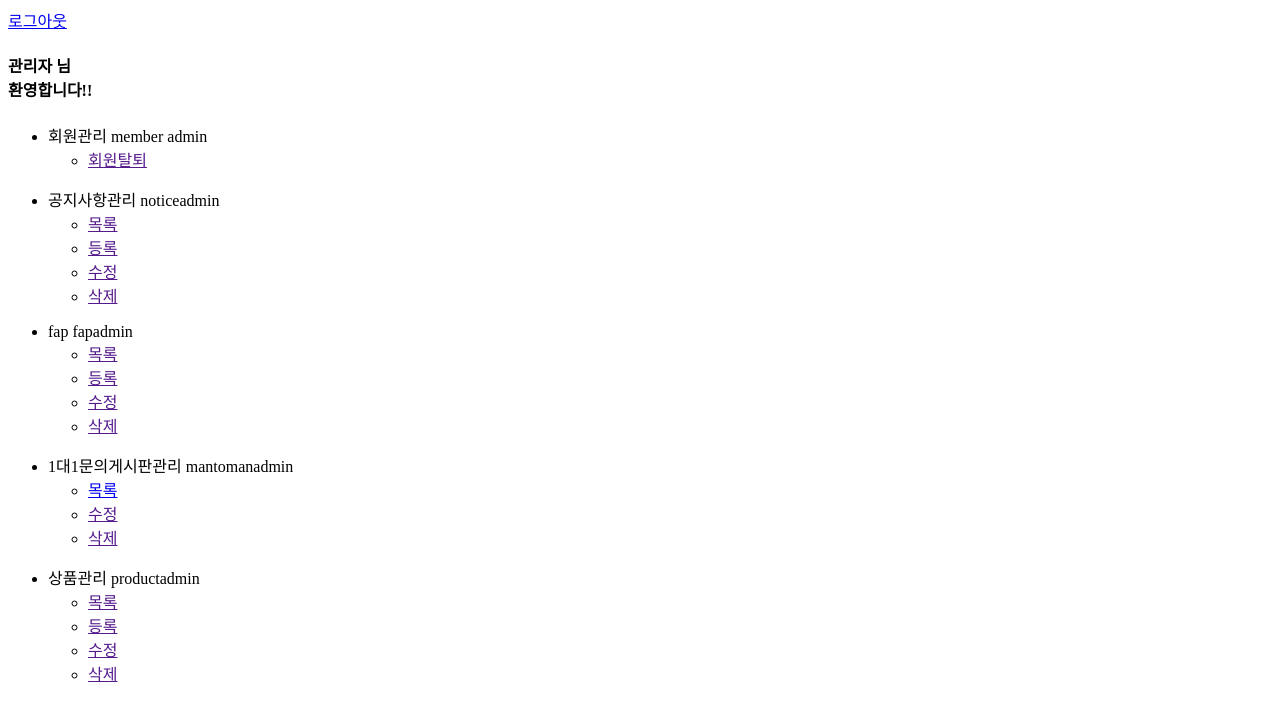
Repository: bongbongi/book1
Page: http://localhost/book/WEB-INF/views/member/memberAdmin.jsp
An editor plug-in stored every save of this project. The page is shown before and after the next save, followed by the edit.
The browser window is 1280 px wide. The pictures show the whole page.
The page is served by Tomcat 9. Nobody is signed in. Other server files are loaded and not shown. The template is opened directly, without the code that normally fills it, so the values that code supplies are empty.

Above is the page before, as saved 2023-01-12 06:35:12.

### book/src/main/webapp/WEB-INF/views/member/memberAdmin.jsp
<%@ page language="java" contentType="text/html; charset=UTF-8" pageEncoding="UTF-8" %>
   <%@ taglib uri="http://java.sun.com/jsp/jstl/core" prefix="c" %>
   <%@ taglib uri="http://java.sun.com/jsp/jstl/functions" prefix="fn"%>
      <!DOCTYPE html>
      <html>

      <head>

      </head>

      <body>
         <a href="/mem/logOut">로그아웃</a>

         <div class="main">
                  <h4>관리자 ${ses.mem_name}님<br>환영합니다!!</h4>

                  <ul>
                     <li>회원관리  member admin
                        <ul>
                           <li><a href="">회원탈퇴</a></li>
                        </ul>
                     </li>
                  </ul>

                  <ul>
                     <li>공지사항관리 noticeadmin
                        <ul>
                           <li><a href="">목록</a></li>
                           <li><a href="">등록</a></li>
                           <li><a href="">수정</a></li>
                           <li><a href="">삭제</a></li>
                        </ul>
                     </li>
                  </ul>

                  <ul>
                     <li>fap fapadmin
                        <ul>
                           <li><a href="">목록</a></li>
                           <li><a href="">등록</a></li>
                           <li><a href="">수정</a></li>
                           <li><a href="">삭제</a></li>
                        </ul>
                     </li>
                  </ul>
                  <ul>
                     <li>1대1문의게시판관리 mantomanadmin
                        <ul>
                           <li><a href="/admin/list">목록</a></li>
                           <li><a href="">수정</a></li>
                           <li><a href="">삭제</a></li>
                        </ul>
                     </li>
                  </ul>
                  <ul>
                     <li>상품관리 productadmin
                        <ul>
                           <li><a href="">목록</a></li>
                           <li><a href="">등록</a></li>
                           <li><a href="">수정</a></li>
                           <li><a href="">삭제</a></li>
                        </ul>
                     </li>
                  </ul>



            <div>
            <c:forEach items="${category}" var="category">
            <c:forEach items="${content}" var="content">
               <c:choose>
                  <c:when test="${category eq 'member'}">

                  </c:when>

						<c:when test="${category eq 'notice'}">

							<c:when test="${content eq '1' }">
								<table border="1">
									<tr>
										<th>NO</th>
										<th>공지제목</th>
										<th>작성자</th>
										<th>작성일</th>
									</tr>
									<c:forEach items="${notice_list}" var="ntc">
										<tr>
											<td>${ntc.ntc_num}</td>
											<td><a href="/ntc/noticeDetail?ntc_num=${ntc.ntc_num}">${ntc.ntc_title}</a></td>
											<td>${ntc.ntc_writer}</td>
											<td>${ntc.ntc_regdate}</td>
										</tr>
									</c:forEach>
								</table>
								<div>
									<c:if test="${pgh.prev}">
										<a
											href="/ntc/noticeList?pageNo=${pgh.startPage-1}&qty=${pgh.pgvo.qty}">prev</a>
									</c:if>
									<c:forEach begin="${pgh.startPage }" end="${pgh.endPage }"
										var="i">
										<a href="/ntc/noticeList?pageNo=${i}&qty=${pgh.pgvo.qty}">${i}
											｜ </a>
									</c:forEach>
									<c:if test="${pgh.next}">
										<a
											href="/ntc/noticeList?pageNo=${pgh.endPage+1}&qty=${pgh.pgvo.qty}">next</a>
									</c:if>
								</div>
							</c:when>
							<c:when test="${content eq '2' }">
								<form action="/ntc/noticeRegister" method="post">
									<table border="1">
										<tr>

											<th>공지제목</th>
											<th>작성자</th>
											<th>내용</th>
										</tr>

										<tr>
											<td><input type="text" name="ntc_title"></td>
											<td><input type="text" name="ntc_writer"></td>

											<td><input type="text" name="ntc_content"></td>
										</tr>
									</table>
									<button type="submit">작성</button>
								</form>
							</c:when>
							<c:when test="${content eq '3' }">
								<div class="noticeDetail">
									<h2>${nvo.ntc_title}</h2>
									${nvo.ntc_writer} ${nvo.ntc_regdate}
									<hr>
									${nvo.ntc_content} <Br> <a href="/ntc/notice">
										<button type="button" class="btn btn-outline-secondary">공지사항
											목록</button>
									</a>
								</div>

								<a href="/ntc/noticeModify?ntc_num=${nvo.ntc_num}"><button
										type="button">수정</button></a>
								<a href="/ntc/noticeDelete?ntc_num=${nvo.ntc_num}"><button
										type="button">삭제</button></a>
							</c:when>
							<c:when test="${content eq '4' }">
								<form action="/ntc/noticeModify" method="post">
									<table border="1">
										<tr>
											<th>글번호</th>
											<th>공지제목</th>
											<th>작성자</th>
											<th>내용</th>
										</tr>

										<tr>
											<td><input type="text" name="ntc_num"
												value="${nvo.ntc_num}"></td>
											<td><input type="text" name="ntc_title"
												value="${nvo.ntc_title}"></td>
											<td><input type="text" name="ntc_writer"
												value="${nvo.ntc_writer}" readonly="readonly"></td>

											<td><input type="text" name="ntc_content"
												value="${nvo.ntc_content}"></td>
										</tr>
									</table>
									<button type="submit">수정</button>
									<a href="/ntc/noticeList"><button type="button">공지사항목록으로</button></a>
								</form>
							</c:when>

						</c:when>

						<c:when test="${category eq 'faq'}">

                  <c:when test="${content eq '1' }">
                  </c:when>
                  <c:when test="${content eq '2' }">
                  </c:when>
                  <c:when test="${content eq '3' }">
                  </c:when>
                  <c:when test="${content eq '4' }">
                  </c:when>

                  </c:when>

                  <c:when test="${category eq 'mantoman'}">
                  <c:choose>
                  <c:when test="${content eq '1' }">
                  <div class="mypage-right">
                           <table class="table">
                              <h4>1대1문의</h4>
                              <thead>
                                 <tr>
                                    <th scope="col">글번호</th>
                                    <th scope="col">제목</th>
                                    <th scope="col">카테고리</th>
                                    <th scope="col">글쓴이</th>
                                    <th scope="col">작성일자</th>
                                    <th scope="col">조회수</th>
                                 </tr>
                              </thead>


                              <c:forEach items="${list}" var="board">
                                 <c:choose>
                                    <c:when test="${ses.mem_auth == '0'|| ses.mem_id == board.brd_writer}">
                                       <tbody>
                                          <tr>
                                             <td scope="row">${board.brd_num}</td>
                                             <td><a
                                                   href="/admin/boardDetail?brd_num=${board.brd_num}">${board.brd_title}</a>
                                             </td>
                                             <td>${board.brd_category}</td>
                                             <td>${board.brd_writer}</td>
                                             <td>${board.brd_regdate}</td>
                                             <td>${board.brd_views}</td>

                                          </tr>
                                       </tbody>
                                    </c:when>

                                    <c:otherwise>
                                       <tr>
                                          <td>${board.brd_num}</td>
                                          <td>


                                             <c:choose>
                                                <c:when test="${ses.mem_id eq board.brd_writer}">
                                                   ${board.brd_title}
                                                </c:when>
                                                <c:otherwise>
                                                   ${board.brd_title}
                                                </c:otherwise>
                                             </c:choose>
                                          </td>
                                          <td>${board.brd_category}</td>
                                          <c:choose>
                                             <c:when test="${ses.mem_id eq board.brd_writer}">
                                                <td>${board.brd_writer}</td>
                                             </c:when>
                                             <c:otherwise>
                                                <td>******</td>
                                             </c:otherwise>
                                          </c:choose>
                                          <td>${board.brd_regdate}</td>
                                          <td>${board.brd_views}</td>
                                       </tr>
                                    </c:otherwise>
                                 </c:choose>
                              </c:forEach>


                           </table>
                           <div>
                              <c:if test="${pgh.prev}">
                                 <a
                                    href="/board/list?pageNo=${pgh.startPage-1}&qty=${pgh.pgvo.qty}&type=${pgh.pgvo.type}&keyword=${pgh.pgvo.keyword}">prev</a>
                              </c:if>
                              <c:forEach begin="${pgh.startPage }" end="${pgh.endPage }" var="i">
                                 <a
                                    href="/board/list?pageNo=${i}&qty=${pgh.pgvo.qty}&type=${pgh.pgvo.type}&keyword=${pgh.pgvo.keyword}">${i}
                                    ｜ </a>
                              </c:forEach>
                              <c:if test="${pgh.next}">
                                 <a
                                    href="/board/list?pageNo=${pgh.endPage+1}&qty=${pgh.pgvo.qty}&type=${pgh.pgvo.type}&keyword=${pgh.pgvo.keyword}">next</a>
                              </c:if>
                           </div>
                           <!-- search -->

                           <div class="col-sm-12 col-md-6">
                              <form action="/board/list" method="get">
                                 <div class="input-group mb-3">
                                    <!-- 값을 별도 저장 -->
                                    <c:set value="${pgh.pgvo.type}" var="typed" />
                                    <select class="form-select" name="type">
                                       <option ${typed==null ? 'selected' :'' }>항목</option>
                                       <option value="t" ${typed eq 't' ? 'selected' :'' }>제목</option>
                                       <option value="c" ${typed eq 'c' ? 'selected' :'' }>내용</option>
                                       <option value="w" ${typed eq 'w' ? 'selected' :'' }>작성자</option>
                                    </select>
                                    <input class="form-control" type="text" name="keyword"
                                       placeholder="포함해서찾기" value="${pgn.pgvo.keyword }">
                                    <input type="hidden" name="pageNo" value="1">
                                    <input type="hidden" name="qty" value="${pgh.pgvo.qty }">
                                    <button type="submit" class="btn btn-success position-relative">
                                       결과
                                       <span
                                          class="position-absolute top-0 start-100 translate-middle badge rounded-pill bg-danger">
                                          ${pgh.totalCount}개
                                          <span class="visually-hidden">unread messages</span></span>
                                    </button>
                                 </div>
                              </form>
                           </div>
                           <a href="/board/register"><button class="btn btn-secondary">1대1문의 작성하기</button></a>
                        </div>
                  </c:when>

                  <c:when test="${content eq '2' }">
                  <div class="mypage-right boardDetail">
                           글번호 ${board.brd_num}
                           <h2>${board.brd_title}</h2>
                           <sapn class="boardDetail-writer">${board.brd_writer}</sapn>
                           <span class="boardDetail-regdate">${board.brd_regdate}</span>
                           <hr>
                           <div class="boardDetail-content">
                              ${board.brd_content}
                           </div>
                           <Br>




                           <a href="/board/boardModify?brd_num=${board.brd_num}">
                              <button type="button" class="btn btn-success">수정</button></a>
                           <a href="/board/remove?brd_num=${board.brd_num}">
                              <button type="button" class="btn btn-danger">삭제</button>
                           </a><a href="/board/list">
                              <button type="button" class="btn btn-outline-secondary">1대1문의 리스트 목록</button>
                           </a>
                           <br>

                           <div class="container">
                              <div class="input-group my-3">
                                 <span class="input-group-text" id="cmtWriter">${ses.mem_id}</span>
                                 <input type="text" class="form-control" id="cmtText"
                                    placeholder="Test Add Comment ">
                                 <button class="btn btn-success" id="cmtPostBtn" type="button">Post</button>
                              </div>
                              <ul class="list-group list-group-flush" id="cmtListArea">
                                 <li
                                    class="list-group-item d-flex justify-content-between align-items-start">
                                    <div class="ms-2 me-auto">
                                       <div class="fw-bold">Writer</div>
                                       Content for Comment
                                    </div>
                                    <span class="badge bg-dark rounded-pill">modAt</span>
                                 </li>
                              </ul>
                           </div>


                           <script type="text/javascript">
                              const bnoVal = '<c:out value="${board.brd_num}" />';
                              const id = '<c:out value="${ses.mem_id}"/>'
                              console.log(id);
                              console.log(bnoVal);
                           </script>
                           <script type="text/javascript" src="/resources/js/boardComment.js"></script>
                           <script type="text/javascript">
                              getCommentList(bnoVal, id);
                           </script>
                        </div>


                  </c:when>
                  <c:when test="${content eq '3' }">
                  </c:when>
                  </c:choose>

                  </c:when>

                  <c:when test="${category eq 'product'}">

                  <c:when test="${content eq '1' }">
                  </c:when>
                  <c:when test="${content eq '2' }">
                  </c:when>
                  <c:when test="${content eq '3' }">
                  </c:when>
                  <c:when test="${content eq '4' }">
                  </c:when>

                  </c:when>



               </c:choose>
            </c:forEach>
            </c:forEach>
         </div>
      </div>

      </body>

      </html>

After the next save:
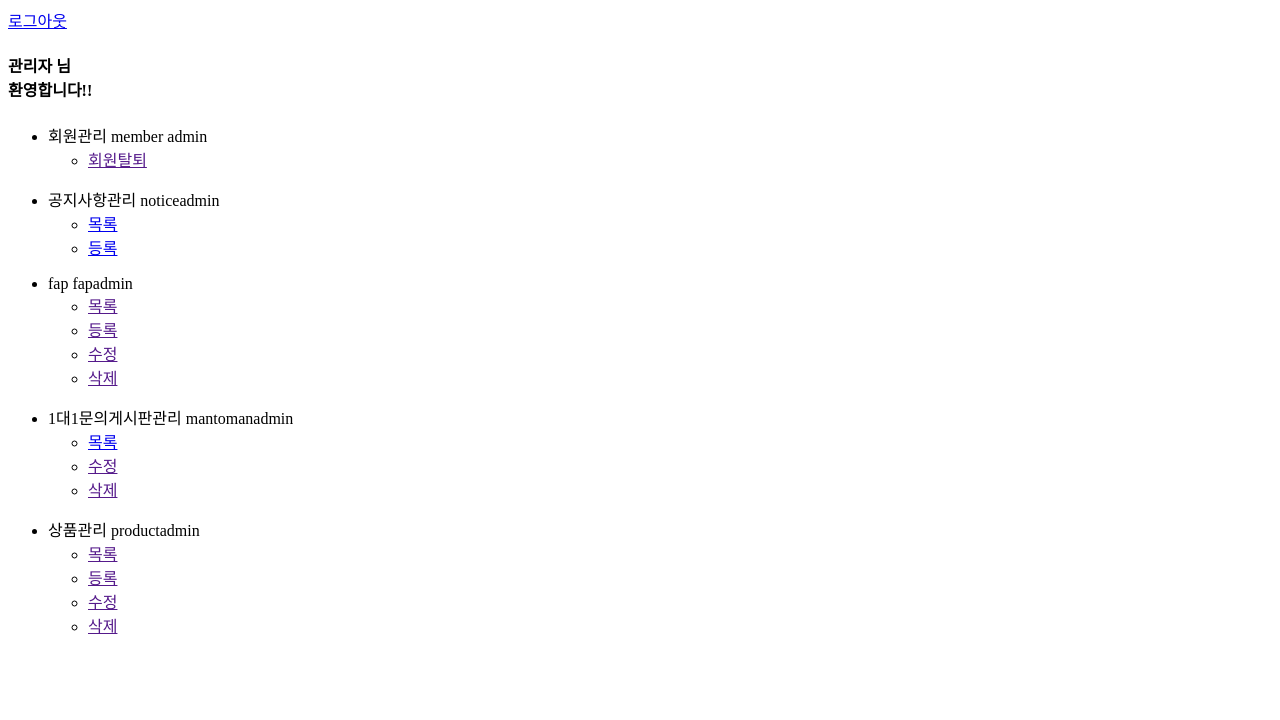
Saved 6 min 42 s later.
--- a/book/src/main/webapp/WEB-INF/views/member/memberAdmin.jsp
+++ b/book/src/main/webapp/WEB-INF/views/member/memberAdmin.jsp
@@ -25,10 +25,9 @@
                   <ul>
                      <li>공지사항관리 noticeadmin
                         <ul>
-                           <li><a href="">목록</a></li>
-                           <li><a href="">등록</a></li>
-                           <li><a href="">수정</a></li>
-                           <li><a href="">삭제</a></li>
+                           <li><a href="/ntc/noticeList">목록</a></li>
+                           <li><a href="/ntc/noticeRegister">등록</a></li>
+
                         </ul>
                      </li>
                   </ul>
